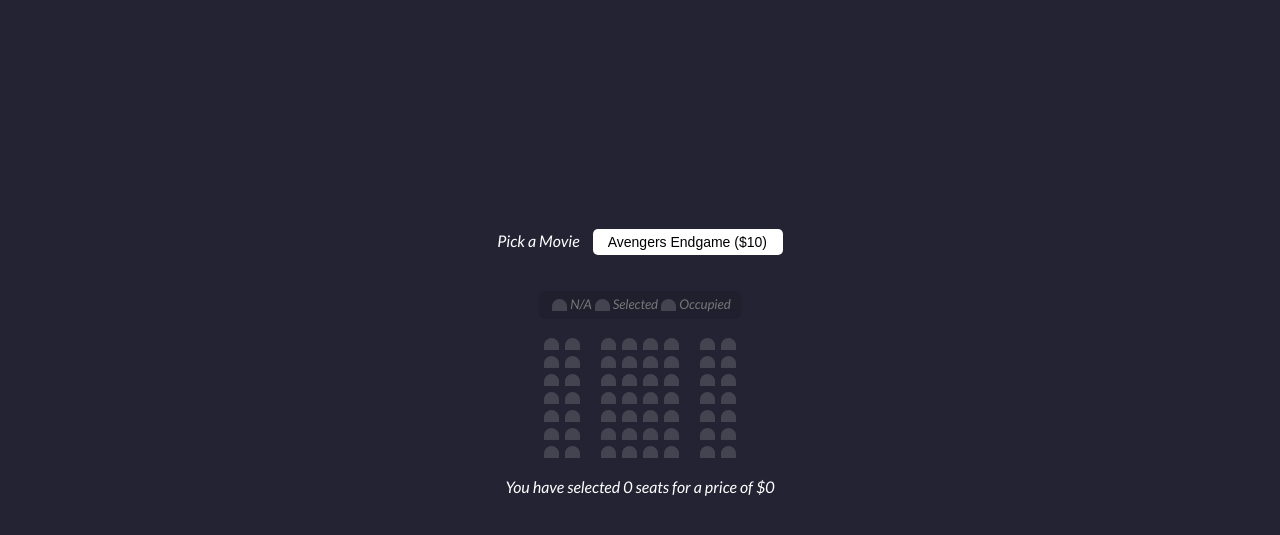
Repository: Izaya171/programming
Page: movieTickets/index.html
The author's editor kept a copy of each file at every save. The page is drawn from the files as they stood at one save, then again after the next save.
The browser window is 1280 px wide. The pictures show the whole page.

Above is the page before, as saved 2021-09-18 15:22:41.

After the next save:
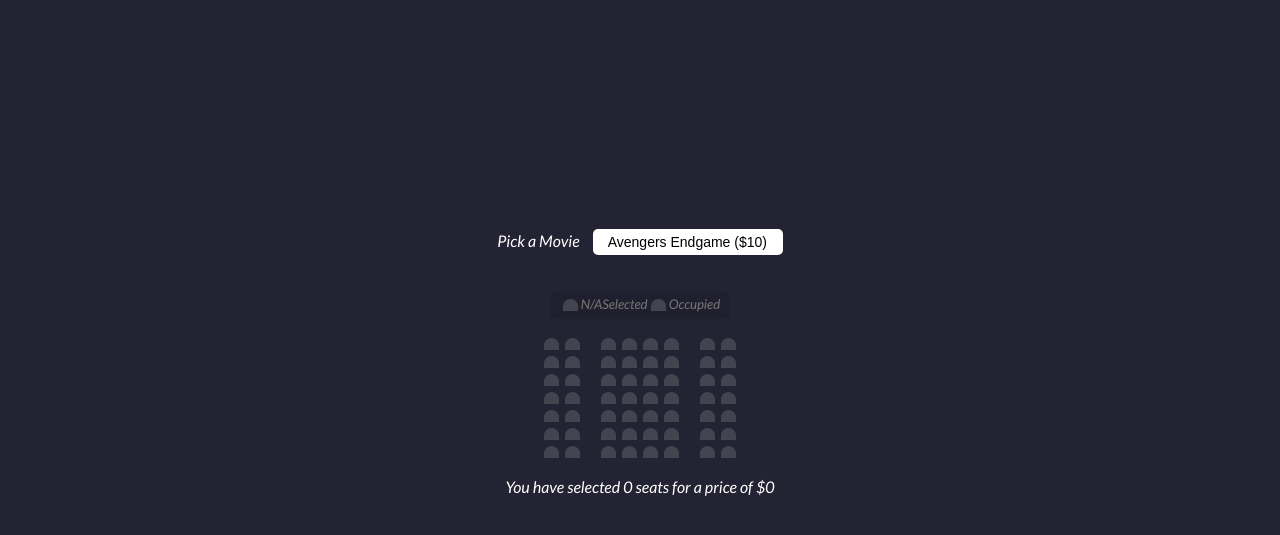
Saved 2 min 13 s later.
--- a/movieTickets/index.html
+++ b/movieTickets/index.html
@@ -26,7 +26,7 @@
             <small>N/A</small>
         </li>
         <li>
-            <div class="seat selected"></div>
+            <div class="seat.selected"></div>
             <small>Selected</small>
         </li>
         <li>
